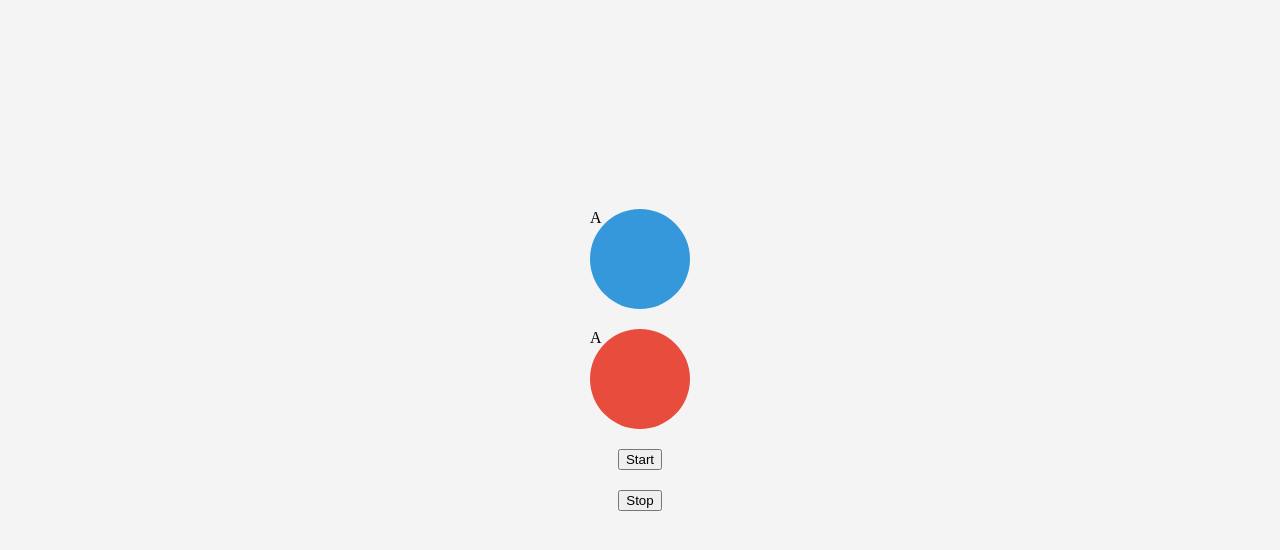
Repository: boshi-an/Isorhythm
Page: .vscode/Isorhythm/index.html
The author's editor kept a copy of each file at every save. The page is drawn from the files as they stood at one save, then again after the next save.
The browser window is 1280 px wide. The pictures show the whole page.

Above is the page before, as saved 2023-10-18 17:34:21.

### .vscode/Isorhythm/index.html
<!DOCTYPE html>
<html lang="en">

<head>
    <meta charset="UTF-8">
    <meta name="viewport" content="width=device-width, initial-scale=1.0">
    <title>Rotating Circles</title>
    <link rel="stylesheet" href="styles.css">
</head>

<body>
    <div class="circle" id="circle1">
        <div class="letter">A</div>
    </div>
    <div class="circle" id="circle2">
        <div class="letter">A</div>
    </div>
    <button id="startBtn">Start</button>
    <button id="stopBtn">Stop</button>
    <script src="script.js"></script>
</body>

</html>

### .vscode/Isorhythm/styles.css
body {
    display: flex;
    justify-content: center;
    align-items: center;
    flex-direction: column;
    height: 100vh;
    background-color: #f4f4f4;
    overflow: hidden;
    margin: 0;
    gap: 20px;
}


.triangle {
    width: 0;
    height: 0;
    border-left: 50px solid transparent;
    border-right: 50px solid transparent;
    border-bottom: 87px solid #3498db;
    will-change: transform;
    transform-origin: 50% 50%;
}

.circle {
    width: 100px;
    height: 100px;
    border-radius: 50%;
    will-change: transform;
    transform-origin: 50% 50%;
}

#triangle1 {
    border-bottom: 87px solid #3498db;
    /* background-color: #3498db; */
}

#triangle2 {
    border-bottom: 87px solid #e74c3c;
    /* background-color: #e74c3c; */
}

#circle1 {
    background-color: #3498db;
}

#circle2 {
    background-color: #e74c3c;
}

### .vscode/Isorhythm/script.js
let angle1 = 0;
let angle2 = 0;
let animationId1;
let animationId2;

function rotateCircle1() {
    const circle1 = document.getElementById('circle1');
    angle1 = (angle1 + 2) % 360;
    circle1.style.transform = `rotate(${angle1}deg)`;
    animationId1 = requestAnimationFrame(rotateCircle1);
}

function rotateCircle2() {
    const circle2 = document.getElementById('circle2');
    angle2 = (angle2 - 2) % 360;
    circle2.style.transform = `rotate(${angle2}deg)`;
    animationId2 = requestAnimationFrame(rotateCircle2);
}

document.getElementById('startBtn').addEventListener('click', () => {
    rotateCircle1();
    rotateCircle2();
});

document.getElementById('stopBtn').addEventListener('click', () => {
    cancelAnimationFrame(animationId1);
    cancelAnimationFrame(animationId2);
});

After the next save:
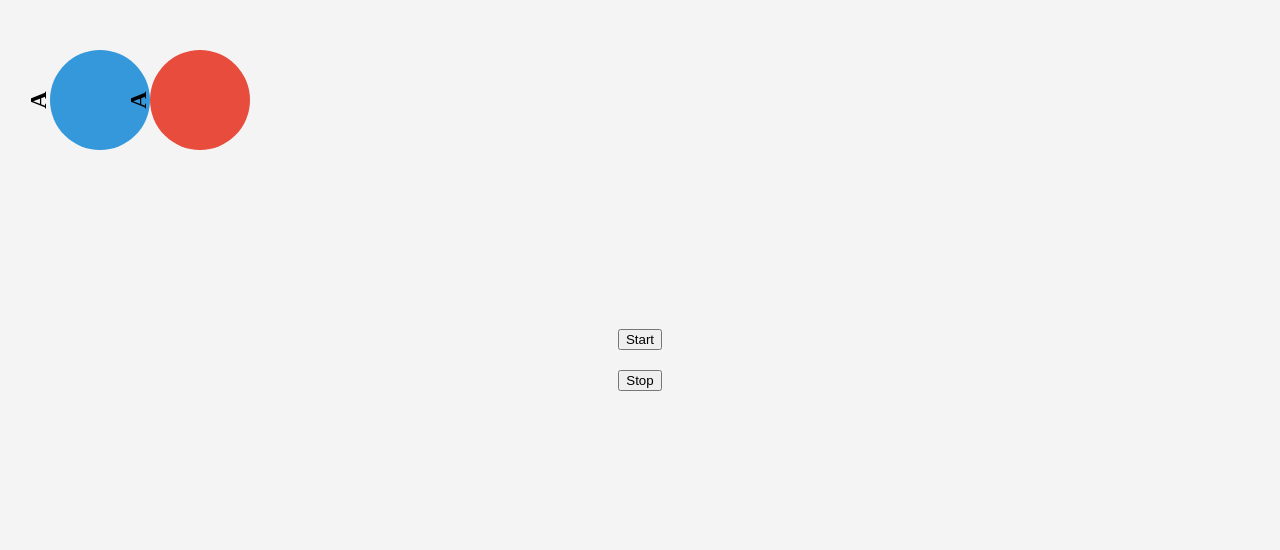
Saved 26 s later.
--- a/.vscode/Isorhythm/styles.css
+++ b/.vscode/Isorhythm/styles.css
@@ -1,4 +1,5 @@
 body {
+    position: relative;
     display: flex;
     justify-content: center;
     align-items: center;
@@ -27,6 +28,24 @@ body {
     border-radius: 50%;
     will-change: transform;
     transform-origin: 50% 50%;
+
+    position: absolute;
+    display: flex;
+    align-items: center;
+    justify-content: center;
+}
+
+.letter {
+    position: absolute;
+    font-size: 1.5em;
+    /* Adjust as needed */
+    font-weight: bold;
+    /* Adjust as needed */
+    transform: translateY(-50%) rotate(-90deg);
+    /* Adjust as needed */
+    top: 50%;
+    left: -20px;
+    /* Adjust as needed to place the letter to the left side of the circle */
 }
 
 #triangle1 {
@@ -41,8 +60,14 @@ body {
 
 #circle1 {
     background-color: #3498db;
+    top: 50px;
+    /* Adjust these values */
+    left: 50px;
 }
 
 #circle2 {
     background-color: #e74c3c;
+    top: 50px;
+    /* Adjust these values */
+    left: 150px;
 }
